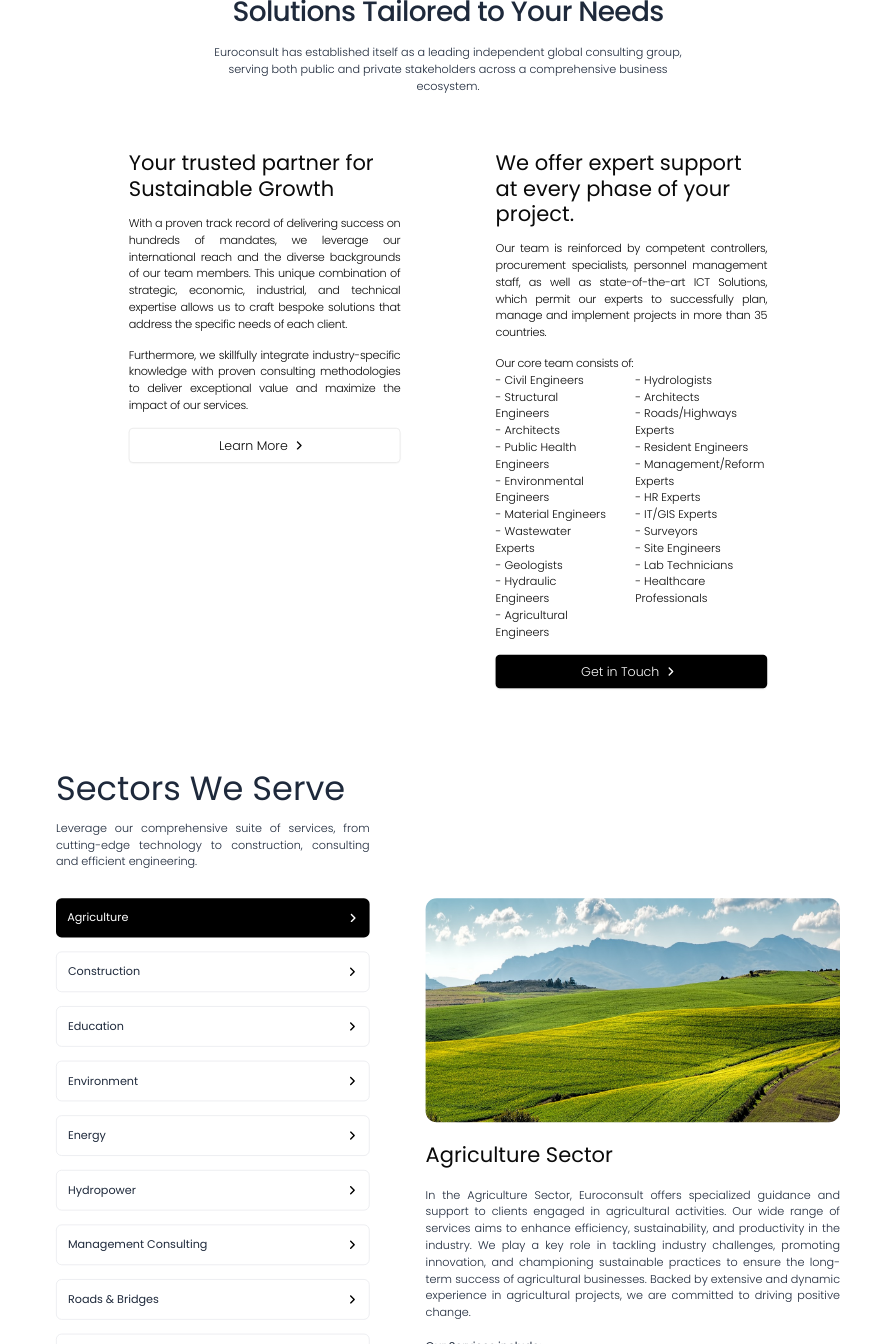
Repository: EMDC-24/ecglobalwebsite19
Page: /
An editor plug-in stored every save of this project. The page is shown before and after the next save, followed by the edit.
The browser window is 1280 px wide. The pictures show the part of the page from y = 1015 to 2935 px (the page is 5055 px tall), at 70% of full size.
The project was rebuilt for these pictures with package versions that can differ from the ones it lists, and the page was loaded fresh each time. The framework's server and built-in components were replaced by stand-ins that run in the browser. Also part of the build but not shown: next.config.mjs.

Above is the page before, as saved 2024-09-18 13:02:32.

### app/page.tsx
import Image from "next/image";
import Hero from "./Hero";
import ClientCarousel from "./ClientCarousel";
import { ServicesTabs } from "./ServicesTabs";
import SerTabs from "./SerTabs";
import AboutSection from "./AboutSection";
import RecentProjects from "./RecentProjects";
import PraiseSection from "./PraiseSection";
import Footer from "./Footer";
import Header from "./Header";


export default function Home() {
  return (
    <>
    <Header />
    <Hero />
    <ClientCarousel />
    <AboutSection />
    <SerTabs />
    <RecentProjects />
    <PraiseSection />
    <Footer />
    </>
  );
}

### app/Hero.tsx
"use client";

import { Button } from '@/components/ui/button'

import { FaAngleRight } from "react-icons/fa6";
import { useRouter } from 'next/navigation';
import React, { useState, useEffect } from 'react';
const Hero = () => {
  const router = useRouter();
  const [isVisible, setIsVisible] = useState(true);

  const getInTouchClick = () => {
    router.push('/contact');
  };
  const aboutClick = () => {
    router.push('/about');
  };

  return (
    <div>
        <div className="bg-white px-10 flex flex-row my-10">
        <div className="md:w-1/2 flex flex-col items-start justify-normal py-10">
        <div className="bg-gray-100 border-[1px] border-gray-200 rounded-full px-2 py-1 text-sm text-gray-800">International Consultants</div>
        <h1 className="text-5xl text-gray-800 mt-3 font-light ">Empowering Excellence through Engineering & Consulting</h1>
        <p className="text-lg text-gray-700 mt-10 leading-snug tracking-tight text-justify mr-10 font-light">Euroconsult Pakistan is a global, state-of-the-art service provider organization actively engaged in water resources and energy, agriculture, infrastructure, environment, oil and gas, mass transit, light rail, motorways, highways, institutional capacity building, financial management, rural and urban development, and management. </p>
        <div className="mt-10 flex flex-row gap-3">

        <Button className="px-5 py-6 text-lg font-light  hover:bg-blue-600" onClick={aboutClick}>About Us  <FaAngleRight className="mr-2 ml-2 h-4 w-4" /></Button>


        <Button variant="outline" className="px-5 py-6 text-lg font-light  hover:bg-gray-200" onClick={getInTouchClick}>Contact Us<FaAngleRight className="mr-2 ml-2 h-4 w-4" /></Button>

        </div>
        </div>
        <div className="md:w-1/2 flex flex-col gap-3">
        <div className="w-full h-[60%] rounded-2xl bg-cover bg-center" style={{ backgroundImage: `url('/assets/heroimage.jpg')` }}> </div>
        <div className="w-full h-[40%] rounded-2xl bg-cover bg-center" style={{ backgroundImage: `url('/assets/hero2.jpg')` }}> </div>
        </div>
        </div>
    </div>
  )
}

export default Hero

### app/ClientCarousel.tsx
import React from 'react';
import Marquee from 'react-fast-marquee';
import Image from 'next/image';

const ClientCarousel = () => {
  const logoSize = { height: 40 };
  const logoStyle = { margin: '0 25px' };

  const logos = [
    <Image src="/assets/adblogo.png" alt="" width={60} key="br" {...logoSize} />,
    <Image src="/assets/uniceflogo.png" alt="" width={130} key="br" {...logoSize} />,
    <Image src="/assets/ciscologo.png" alt="" width={70} key="br" {...logoSize} />,
    <Image src="/assets/kfwlogo.png" alt="" width={70} key="br" {...logoSize} />,
    <Image src="/assets/citilogo.png" alt="" width={70} key="br" {...logoSize} />,
    <Image src="/assets/usaidlogo.png" alt="" width={130} key="br" {...logoSize} />,
    <Image src="/assets/undplogo.png" alt="" width={60} key="br" {...logoSize} />,
    <Image src="/assets/unlogo.png" alt="" width={70} key="br" {...logoSize} />,
    <Image src="/assets/gtzlogo.png" alt="" width={70} key="br" {...logoSize} />,
    <Image src="/assets/dfidlogo.png" alt="" width={70} key="br" {...logoSize} />,
    <Image src="/assets/wblogo.png" alt="" width={150} key="br" {...logoSize} />,
  ];

  return (
    <div className="py-20 my-10">

      <div className="relative z-10">
        {/* Left gradient */}
      <div className="absolute left-0 top-0 bottom-0 w-1/4 bg-gradient-to-r from-white to-transparent via-transparent z-20 pointer-events-none"
           style={{ backgroundImage: 'linear-gradient(to right, white 30%, transparent 70%)' }}>
      </div>

      {/* Right gradient */}
      <div className="absolute right-0 top-0 bottom-0 w-1/4 bg-gradient-to-l from-white to-transparent via-transparent z-20 pointer-events-none"
           style={{ backgroundImage: 'linear-gradient(to left, white 30%, transparent 70%)' }}>
      </div>
    <div className="overflow-hidden ">
      <Marquee gradient={false} pauseOnHover={false} speed={50}>
        {logos.map((logo, index) => (
          <div key={index} style={logoStyle}>
            {logo}
          </div>
        ))}
        {logos.map((logo, index) => (
          <div key={`repeat-${index}`} style={logoStyle}>
            {logo}
          </div>
        ))}
        {logos.map((logo, index) => (
          <div key={`repeat2-${index}`} style={logoStyle}>
            {logo}
          </div>
        ))}
      </Marquee>
    </div>
    </div>

    </div>
  );
};

export default ClientCarousel;

### app/AboutSection.tsx
"use client";

import { Button } from '@/components/ui/button'
import { get } from 'http';
import { useRouter } from 'next/navigation';
import React, { useState, useEffect } from 'react';
import { FaAngleRight } from "react-icons/fa6";
const AboutSection = () => {
    const router = useRouter();
    const [isVisible, setIsVisible] = useState(true);

    const getInTouchClick = () => {
      router.push('/contact');
    };
    const aboutClick = () => {
      router.push('/about');
    };

  return (
    <div className="px-10 flex flex-col items-center justify-center">
        <div className="my-10 gap-5 flex flex-col">
            <h3 className="text-[40px] tracking-tight leading-snug font-medium text-slate-800 px-64 text-center">Comprehensive Consulting Solutions Tailored to Your Needs</h3>
            <p className="px-64 text-center font-light text-slate-800">Euroconsult has established itself as a leading independent global consulting group, serving both public and private stakeholders across a comprehensive business ecosystem. </p>
        </div>
        <div className="flex flex-row gap-10 px-24 mt-10">
            <div className="w-1/2 flex gap-5 flex-col px-12">
                <h3 className="text-3xl">Your trusted partner for Sustainable Growth</h3>
                <p className="tracking-tight font-light text-justify">With a proven track record of delivering success on hundreds of mandates, we leverage our international reach and the diverse backgrounds of our team members. This unique combination of strategic, economic, industrial, and technical expertise allows us to craft bespoke solutions that address the specific needs of each client. </p>
                <p className="tracking-tight font-light text-justify">Furthermore, we skillfully integrate industry-specific knowledge with proven consulting methodologies to deliver exceptional value and maximize the impact of our services.</p>

            <Button variant="outline" className="px-5 py-6 text-lg font-light  hover:bg-gray-200" onClick={aboutClick}>Learn More<FaAngleRight className="mr-2 ml-2 h-4 w-4" /></Button>

            </div>
            <div className="w-1/2 flex gap-5 flex-col px-12">
                <h3 className="text-3xl">We offer expert support at every phase of your project.</h3>
                <p className="tracking-tight font-light text-justify">Our team is reinforced by competent controllers, procurement specialists, personnel management staff, as well as state-of-the-art ICT Solutions, which permit our experts to successfully plan, manage and implement projects in more than 35 countries.</p>
                <div><p className="tracking-tight font-light text-justify">Our core team consists of:</p>
                <div className="flex flex-row gap-10"><ul className="font-light "><li> - Civil Engineers</li><li> - Structural Engineers</li><li> - Architects</li><li> - Public Health Engineers</li><li> - Environmental Engineers</li><li> - Material Engineers</li><li> - Wastewater Experts</li><li> - Geologists</li><li> - Hydraulic Engineers</li><li> - Agricultural Engineers</li></ul><ul className="font-light "><li> - Hydrologists</li><li> - Architects</li><li> - Roads/Highways Experts</li><li> - Resident Engineers</li><li> - Management/Reform Experts</li><li> - HR Experts</li><li> -  IT/GIS Experts</li><li> - Surveyors</li><li> - Site Engineers</li><li> - Lab Technicians</li><li> - Healthcare Professionals</li></ul></div></div>

            <Button  className="px-5 py-6 text-lg font-light bg-black  hover:bg-blue-600" onClick={getInTouchClick}>Get in Touch<FaAngleRight className="mr-2 ml-2 h-4 w-4" /></Button>

            </div>
        </div>
    </div>
  )
}

export default AboutSection

### app/PraiseSection.tsx

import { Button } from '@/components/ui/button'
import React from 'react'
import { FaAngleRight } from "react-icons/fa6";

const PraiseSection = () => {
  return (
    <div className="mx-20 flex flex-row gap-10 my-20 items-center justify-center">
    <div className="w-2/3 flex flex-col gap-3 mr-36">
        <h3 className="text-3xl font-medium text-slate-800">Proving Excellence through Engineering & Consulting</h3>
        <p className="font-light text-slate-800 text-justify">Euroconsult is one of the leading consulting firms in Pakistan having international operations. It houses highly qualified and experienced professionals with state of the art organisational setup and provides services in Engineering, Construction, Financial, Water, and Socio-economic Sector.</p>
        <div className="w-auto mt-3"><a href="/contact"><Button className="px-5 py-6 text-lg font-light  hover:bg-blue-600" >Get in Touch  <FaAngleRight className="mr-2 ml-2 h-4 w-4" /></Button></a></div>
    </div>
    <div className="w-1/3 flex flex-col gap-10 items-start">
    <div className="flex flex-row gap-20 items-start justify-center">
        <div>
        <h3 className="text-5xl font-medium text-slate-800">250+</h3>
        <p className="font-light text-slate-800">Projects Completed</p>
        </div>
        <div>
        <h3 className="text-5xl font-medium text-slate-800">230</h3>
        <p className="font-light text-slate-800">Employees</p>
        </div>
    </div>
    <div className="flex flex-row gap-20 items-start justify-center">
        <div>
        <h3 className="text-5xl font-medium text-slate-800">24+</h3>
        <p className="font-light text-slate-800">Years of Experience</p>
        </div>
        <div>
        <h3 className="text-5xl font-medium text-slate-800">56+</h3>
        <p className="font-light text-slate-800">Satisfied Clients</p>
        </div>
    </div>

    </div>
    </div>
  )
}

export default PraiseSection

### app/Footer.tsx
import { Separator } from '@/components/ui/separator'
import React from 'react'
import Image from 'next/image'

const Footer = () => {
  return (
    <div className="mx-10 flex flex-col gap-3 mt-40">
        <Separator />
        <div className="flex flex-col md:flex-row my-5">
            <div className="w-1/2">
                <h5 className="text-3xl font-medium text-slate-800 mx-10">Empowering Excellence in Workforce Development & Strategic Consulting, Your Partner for Success</h5>
            </div>
            <div className="w-1/2 flex flex-row gap-0">
                <div className="w-1/3 flex flex-col gap-2 ">
                <p className="text-slate-800 ">Navigation</p>
                <a href="/" className="text-slate-800 font-light">Home</a>
                <a href="/" className="text-slate-800 font-light">About</a>
                <a href="/" className="text-slate-800 font-light">Sectors</a>
                <a href="/" className="text-slate-800 font-light">Recent Projects</a>
                <a href="/" className="text-slate-800 font-light">Contact</a>
                </div>
                <div className="w-2/3 flex flex-row gap-0 ">
                <div className="w-1/2 flex flex-col gap-2">
                <p className="text-slate-800 ">Sectors</p>
                <a href="/" className="text-slate-800 font-light">Agriculture</a>
                <a href="/" className="text-slate-800 font-light">Construction</a>
                <a href="/" className="text-slate-800 font-light">Education</a>
                <a href="/" className="text-slate-800 font-light">Environment</a>
                <a href="/" className="text-slate-800 font-light">Energy</a>
                <a href="/" className="text-slate-800 font-light">Hydropower</a>
                </div>
                <div className="w-1/2 flex flex-col gap-2">
                <p className="text-slate-800 "><br></br></p>
                <a href="/" className="text-slate-800 font-light">Management Consulting</a>
                <a href="/" className="text-slate-800 font-light">Roads & Bridges</a>
                <a href="/" className="text-slate-800 font-light">Oil & Gas</a>
                <a href="/" className="text-slate-800 font-light">Public Health</a>
                <a href="/" className="text-slate-800 font-light">Solid Waste Management</a>
                </div>
                </div>


            </div>

        </div>
        <Separator />
        <div className="flex flex-col md:flex-row items-center">
            <div className="w-2/3 px-10"><Image src="/assets/ecpaklogo.png" width={200} height={1} alt="" /></div>
            <div className="w-1/3 flex flex-row gap-5">
            <p>Terms of Use</p>
            <p>Privacy Policy</p>
            <p>Cookie Settings</p>
            </div>
        </div>
        <Separator />
        <div className="mx-10 mb-3 flex flex-row items-center justify-between">
            <p className="text-sm font-light text-slate-800">©2024 Euroconsult Private Limited. </p>
            <p className="text-sm font-light text-slate-800">All rights reserved. </p>
        </div>
    </div>
  )
}

export default Footer

### app/Header.tsx
import React from 'react'

const Header = () => {
  return (
    <div className="mx-10">Header</div>
  )
}

export default Header

### components/ui/button.tsx
import * as React from "react"
import { Slot } from "@radix-ui/react-slot"
import { cva, type VariantProps } from "class-variance-authority"

import { cn } from "@/lib/utils"

const buttonVariants = cva(
  "inline-flex items-center justify-center whitespace-nowrap rounded-md text-sm font-medium transition-colors focus-visible:outline-none focus-visible:ring-1 focus-visible:ring-ring disabled:pointer-events-none disabled:opacity-50",
  {
    variants: {
      variant: {
        default:
          "bg-primary text-primary-foreground shadow hover:bg-primary/90",
        destructive:
          "bg-destructive text-destructive-foreground shadow-sm hover:bg-destructive/90",
        outline:
          "border border-input bg-background shadow-sm hover:bg-accent hover:text-accent-foreground",
        secondary:
          "bg-secondary text-secondary-foreground shadow-sm hover:bg-secondary/80",
        ghost: "hover:bg-accent hover:text-accent-foreground",
        link: "text-primary underline-offset-4 hover:underline",
      },
      size: {
        default: "h-9 px-4 py-2",
        sm: "h-8 rounded-md px-3 text-xs",
        lg: "h-10 rounded-md px-8",
        icon: "h-9 w-9",
      },
    },
    defaultVariants: {
      variant: "default",
      size: "default",
    },
  }
)

export interface ButtonProps
  extends React.ButtonHTMLAttributes<HTMLButtonElement>,
    VariantProps<typeof buttonVariants> {
  asChild?: boolean
}

const Button = React.forwardRef<HTMLButtonElement, ButtonProps>(
  ({ className, variant, size, asChild = false, ...props }, ref) => {
    const Comp = asChild ? Slot : "button"
    return (
      <Comp
        className={cn(buttonVariants({ variant, size, className }))}
        ref={ref}
        {...props}
      />
    )
  }
)
Button.displayName = "Button"

export { Button, buttonVariants }

### components/ui/separator.tsx
"use client"

import * as React from "react"
import * as SeparatorPrimitive from "@radix-ui/react-separator"

import { cn } from "@/lib/utils"

const Separator = React.forwardRef<
  React.ElementRef<typeof SeparatorPrimitive.Root>,
  React.ComponentPropsWithoutRef<typeof SeparatorPrimitive.Root>
>(
  (
    { className, orientation = "horizontal", decorative = true, ...props },
    ref
  ) => (
    <SeparatorPrimitive.Root
      ref={ref}
      decorative={decorative}
      orientation={orientation}
      className={cn(
        "shrink-0 bg-border",
        orientation === "horizontal" ? "h-[1px] w-full" : "h-full w-[1px]",
        className
      )}
      {...props}
    />
  )
)
Separator.displayName = SeparatorPrimitive.Root.displayName

export { Separator }

### tailwind.config.ts
import type { Config } from "tailwindcss";

const config: Config = {
  darkMode: ["class"],
  content: [
    "./pages/**/*.{js,ts,jsx,tsx,mdx}",
    "./components/**/*.{js,ts,jsx,tsx,mdx}",
    "./app/**/*.{js,ts,jsx,tsx,mdx}",
  ],
  theme: {
    extend: {
      fontFamily: {
        sans: ['Poppins', 'sans-serif'], // Set Poppins as default sans font
      },
      backgroundImage: {
        'gradient-radial': 'radial-gradient(var(--tw-gradient-stops))',
        'gradient-conic': 'conic-gradient(from 180deg at 50% 50%, var(--tw-gradient-stops))',
      },
      borderRadius: {
        lg: 'var(--radius)',
        md: 'calc(var(--radius) - 2px)',
        sm: 'calc(var(--radius) - 4px)',
      },
      colors: {
        background: 'hsl(var(--background))',
        foreground: 'hsl(var(--foreground))',
        card: {
          DEFAULT: 'hsl(var(--card))',
          foreground: 'hsl(var(--card-foreground))',
        },
        popover: {
          DEFAULT: 'hsl(var(--popover))',
          foreground: 'hsl(var(--popover-foreground))',
        },
        primary: {
          DEFAULT: 'hsl(var(--primary))',
          foreground: 'hsl(var(--primary-foreground))',
        },
        secondary: {
          DEFAULT: 'hsl(var(--secondary))',
          foreground: 'hsl(var(--secondary-foreground))',
        },
        muted: {
          DEFAULT: 'hsl(var(--muted))',
          foreground: 'hsl(var(--muted-foreground))',
        },
        accent: {
          DEFAULT: 'hsl(var(--accent))',
          foreground: 'hsl(var(--accent-foreground))',
        },
        destructive: {
          DEFAULT: 'hsl(var(--destructive))',
          foreground: 'hsl(var(--destructive-foreground))',
        },
        border: 'hsl(var(--border))',
        input: 'hsl(var(--input))',
        ring: 'hsl(var(--ring))',
        chart: {
          '1': 'hsl(var(--chart-1))',
          '2': 'hsl(var(--chart-2))',
          '3': 'hsl(var(--chart-3))',
          '4': 'hsl(var(--chart-4))',
          '5': 'hsl(var(--chart-5))',
        },
      },
    },
  },
  plugins: [require("tailwindcss-animate")],
};

export default config;

Loaded but not shown: app/layout.tsx (common file); lib/utils.ts (common file); app/SerTabs.tsx (181 lines, source omitted); app/RecentProjects.tsx (43 lines, source omitted); app/globals.css (149 lines, source omitted)

After the next save:
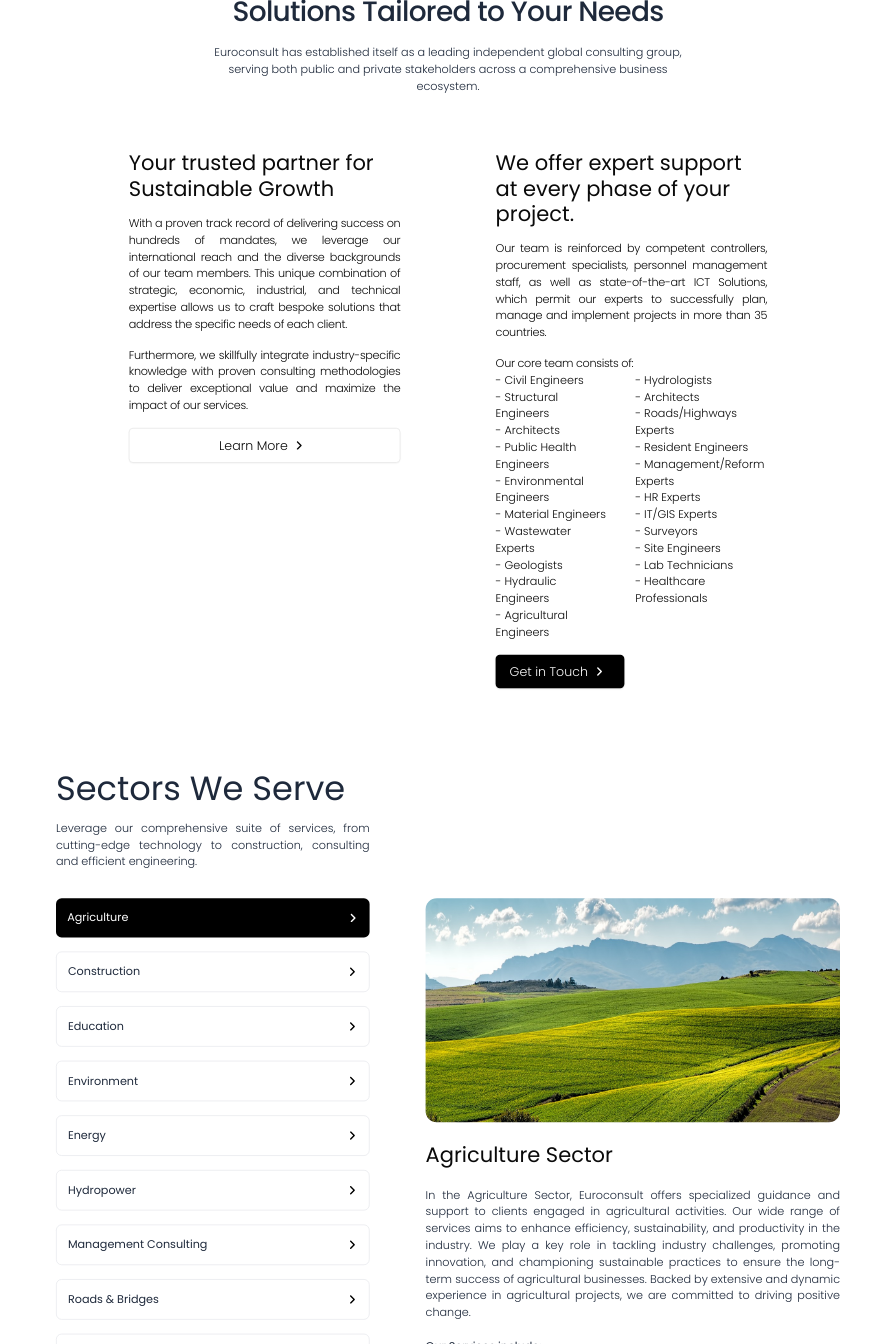
Saved 10 s later.
--- a/app/AboutSection.tsx
+++ b/app/AboutSection.tsx
@@ -37,7 +37,7 @@
                 <div><p className="tracking-tight font-light text-justify">Our core team consists of:</p>
                 <div className="flex flex-row gap-10"><ul className="font-light "><li> - Civil Engineers</li><li> - Structural Engineers</li><li> - Architects</li><li> - Public Health Engineers</li><li> - Environmental Engineers</li><li> - Material Engineers</li><li> - Wastewater Experts</li><li> - Geologists</li><li> - Hydraulic Engineers</li><li> - Agricultural Engineers</li></ul><ul className="font-light "><li> - Hydrologists</li><li> - Architects</li><li> - Roads/Highways Experts</li><li> - Resident Engineers</li><li> - Management/Reform Experts</li><li> - HR Experts</li><li> -  IT/GIS Experts</li><li> - Surveyors</li><li> - Site Engineers</li><li> - Lab Technicians</li><li> - Healthcare Professionals</li></ul></div></div>
 
-            <Button  className="px-5 py-6 text-lg font-light bg-black  hover:bg-blue-600" onClick={getInTouchClick}>Get in Touch<FaAngleRight className="mr-2 ml-2 h-4 w-4" /></Button>
+            <div><Button  className="px-5 py-6 text-lg font-light bg-black  hover:bg-blue-600" onClick={getInTouchClick}>Get in Touch<FaAngleRight className="mr-2 ml-2 h-4 w-4" /></Button></div>
 
             </div>
         </div>
